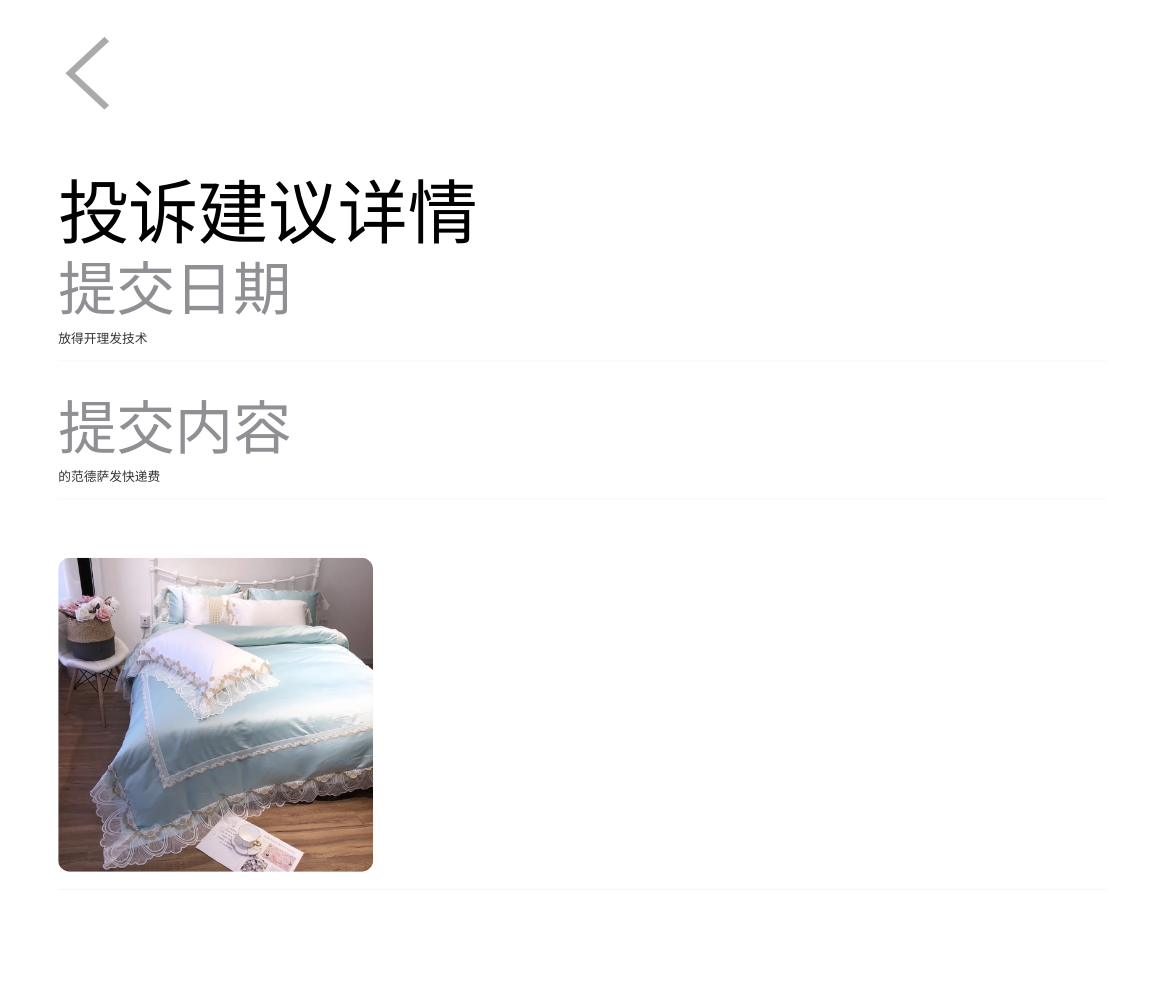
Repository: missing-star/rockBridge
Page: complaint-detail.html
An editor plug-in stored every save of this project. The page is shown before and after a run of saves, followed by the edit.
The browser window is 1280 px wide. The pictures show the whole page, at 91% of full size.
The page's requests for data from a server got no answer.

Above is the page before, as saved 2019-04-19 15:35:04.
Console error: SyntaxError: Unexpected identifier 'that'

### complaint-detail.html
<!DOCTYPE html>
<html lang="en">

<head>
    <meta charset="UTF-8">
    <meta name="viewport" content="width=device-width, initial-scale=1.0, user-scalable=no,maximum-scale=1.0">
    <meta http-equiv="X-UA-Compatible" content="ie=edge">
    <meta http-equiv="Expires" content="0">
    <meta http-equiv="Pragma" content="no-cache">
    <meta http-equiv="Cache-control" content="no-cache">
    <meta http-equiv="Cache" content="no-cache">
    <link rel="stylesheet" href="assets/mui/css/mui.min.css?v=1.1.0">
    <link rel="stylesheet" href="assets/mui/picker/css/mui.picker.min.css?v=1.1.0">
    <link rel="stylesheet" href="css/common.css?v=1.1.0">
    <link rel="stylesheet" href="css/complaint-detail.css?v=1.0.1">
    <title>叠石桥</title>
    <!--
        意见投诉
    -->
</head>

<body>
    <div id="app">
        <header class="mui-bar mui-bar-nav">
            <i onclick="goBack()" class="mui-icon mui-icon-arrowleft"></i>
        </header>
        <div class="mui-content">
            <header class="packet-title">
                <p>投诉建议详情</p>
            </header>
            <div class="complaint-detail-wrapper">
                <div class="detail-item">
                    <p class="title">提交日期</p>
                    <p class="content">放得开理发技术</p>
                </div>
                <div class="detail-item">
                    <p class="title">提交内容</p>
                    <p class="content">的范德萨发快递费</p>
                </div>
                <div class="detail-item">
                    <p class="content">
                        <img v-for="n in 3" src="imgs/bed1.png" class="show-img">
                    </p>
                </div>
            </div>

        </div>
    </div>
    <script src="assets/vue/vue.min.js?v=1.0.2"></script>
    <script src="assets/jquery/jquery.min.js?v=1.0.2"></script>
    <script src="assets/mui/js/mui.min.js?v=1.0.2"></script>
    <script src="js/common.js?v=1.0.1"></script>
    <script src="js/complaint-detail.js?v=1.0.1"></script>
</body>

</html>

### css/common.css
html,
body,
.mui-content {
    font-size: calc(100vw / 20);
    background: #ffffff;
}
*{
    word-break: break-all;
}
div.mui-content {
    padding: 1rem;
}

header.mui-bar.mui-bar-nav {
    background: #ffffff;
    -webkit-box-shadow: none;
            box-shadow: none;
}

nav.mui-bar.mui-bar-tab {
    background: #ffffff;
    -webkit-box-shadow: 0 0 6px 0 rgba(0, 0, 0, 0.15);
            box-shadow: 0 0 6px 0 rgba(0, 0, 0, 0.15);
}

nva.mui-bar-tab span.mui-tab-label {
    color: #9d7e60;
}

.mui-bar-tab .mui-tab-item.mui-active {
    color: #5f4831;
}

img.mui-icon.nav-bar-icon.active {
    display: inline;
}

img.mui-icon.nav-bar-icon {
    display: none;
}

p {
    margin: 0;
}

input[type=color],
input[type=date],
input[type=datetime-local],
input[type=datetime],
input[type=email],
input[type=month],
input[type=number],
input[type=password],
input[type=search],
input[type=tel],
input[type=text],
input[type=time],
input[type=url],
input[type=week],
select,
textarea {
    margin-bottom: 0;
    width: auto;
    height: auto;
    border: none;
    -webkit-box-flex: 1;
        -ms-flex: 1;
            flex: 1;
    font-size: 0.8rem;
}

input::-webkit-input-placeholder {
    color: #c2c2c2;
}

nav.mui-bar.mui-bar-tab a.mui-tab-item {
    -ms-touch-action: none;
        touch-action: none;
    height: 100%;
}

nav.mui-bar.mui-bar-tab {
    height: 3rem;
}

.mui-bar-tab .mui-tab-item .mui-icon {
    top: 3px;
    width: 1.2rem;
    height: 1.2rem;
    padding-top: 0;
    padding-bottom: 0;
    margin-bottom: 0.1rem;
}

.mui-bar-tab .mui-tab-item .mui-icon~.mui-tab-label {
    font-size: 0.5rem;
    line-height: 1rem;
}

.mui-bar-tab~.mui-content {
    padding-top: 2.5rem;
    padding-bottom: 3rem;
}

button.submit {
    background: #9d7e60;
    width: 100%;
    border: none;
    border-radius: 1rem;
    font-size: 1rem;
    line-height: 1rem;
    color: #fff;
    margin-top: 1rem;
    height: 2rem;
}

button.mui-btn.mui-btn-blue.mui-poppicker-btn-ok,
button.mui-btn.mui-btn-blue {
    color: #ff8b16;
    background: transparent;
    border: none;
    font-size: 1rem;
}

.mui-poppicker-header,
.mui-dtpicker-header {
    border-radius: 0.3rem 0.3rem 0 0;
}

button.mui-btn.mui-poppicker-btn-cancel,
.mui-dtpicker-header button {
    color: #aaaaaa;
    border: none;
    background: transparent;
    font-size: 1rem;
}

button.mui-btn.mui-poppicker-btn-cancel>img,
.mui-dtpicker-header button>img {
    width: 1rem;
}

.mui-picker-inner,
.mui-picker {
    background: #fcfcfc;
    -webkit-mask-box-image: none;
    border-radius: 0 0 0.3rem 0.3rem;
}

.mui-poppicker-body {
    border: none;
    border-radius: 0 0 0.3rem 0.3rem;
}

button.mui-btn {
    color: #aaaaaa;
    border-color: #aaaaaa;
}

.mui-dtpicker-header {
    background: #ffffff;
}

.mui-dtpicker-title h5 {
    display: none;
}

span.mui-popup-button.mui-popup-button-bold {
    color: #FF8B16;
}

span.mui-popup-button {
    color: #aaaaaa;
}

[v-cloak] {
    display: none !important;
}

.mui-poppicker.mui-active,
.mui-dtpicker.mui-active {
    margin: 0.5rem;
    width: calc(100% - 1rem);
    border-radius: 0.3rem;
}

.popicker-title,
.dt-popicker-title {
    -webkit-box-flex: 1;
        -ms-flex: 1;
            flex: 1;
    text-align: center;
    font-size: 1rem;
    color: #000000;
}

.mui-poppicker-header,
.mui-dtpicker-header {
    display: -webkit-box;
    display: -ms-flexbox;
    display: flex;
    -webkit-box-align: center;
        -ms-flex-align: center;
            align-items: center;
    -webkit-box-pack: justify;
        -ms-flex-pack: justify;
            justify-content: space-between;
    background: #eeeeee;
}

.mui-pciker-list li {
    color: #b19c88;
}

.mui-pciker-list li.highlight {
    color: #5f4831;
}

.mui-pciker-rule-ft {
    z-index: 2;
    border-top: solid 1px #ced7de;
    border-bottom: solid 1px #ced7de;
}


input::-webkit-outer-spin-button,
input::-webkit-inner-spin-button {

    -webkit-appearance: none !important;
}

input[type="number"] {
    -moz-appearance: textfield;
}

### css/complaint-detail.css
header.mui-bar.mui-bar-nav {
    height: 2.5rem;
    padding: 0 1rem;
    display: -webkit-box;
    display: -ms-flexbox;
    display: flex;
    -webkit-box-align: center;
        -ms-flex-align: center;
            align-items: center;
}

.mui-bar-nav~.mui-content {
    padding-top: 2.5rem;
}

header.packet-title {
    display: -webkit-box;
    display: -ms-flexbox;
    display: flex;
    -webkit-box-align: center;
        -ms-flex-align: center;
            align-items: center;
    -webkit-box-pack: justify;
        -ms-flex-pack: justify;
            justify-content: space-between;
    margin-top: 1rem;
}

header.packet-title>p:first-child {
    color: #000000;
    font-size: 1.2rem;
}

.mui-bar-nav.mui-bar .mui-icon {
    margin-left: -0.5rem;
    padding: 0;
    font-size: 2rem;
    color: #AAAAAA;
}
img.show-img {
    width: 30%;
    margin-right: 3%;
    border-radius: 0.2rem;
}
.detail-item {
    margin: 1rem 0;
    border-bottom: 1px solid #f6f6f6;
    padding-bottom: 0.2rem;
}
p.title {
    font-size: 1rem;
    margin-bottom: 0.5rem;
}
p.content {
    color: #333;
}

### js/common.js
//保存用户还是商家版的变量 currentRole:[Number 0| Number 1] 0:user 1:business
if (!parseInt(sessionStorage.getItem('currentRole'))) {
    sessionStorage.setItem('currentRole', 0);
}
//用户是否可以切换角色
if (!sessionStorage.getItem('switchRole')) {
    sessionStorage.setItem('switchRole', 0);
}


function pageLink(url) {
    mui.openWindow({
        url: url
    })
}
//返回
function goBack() {
    window.history.go(-1);
}

mui('body').on('tap', 'a', function () {
    if (this.href != 'javascript:;') {
        mui.openWindow({
            url: this.href
        });
    }
});

//解析url参数
function getParams() {
    var list = location.search.substring(1).split('&');
    var param = {};
    list.forEach(function (value, index) {
        var temp = value.split('=');
        param[temp[0]] = temp[1];
    });
    return param;
}

//域名
var rootUrl = 'http://dieshiqiao.pzhkj.cn';

//将时间戳转换为时间（年-月-日）
function transformTime(timeStat,flag) {
    var date = new Date(parseInt(timeStat * 1000));
    var year = date.getFullYear();
    var month = date.getMonth() + 1;
    if (month < 10) {
        month = '0' + month;
    }
    var day = date.getDate();
    if (day < 10) {
        day = '0' + day;
    }
    var hour = date.getHours();
    if(hour < 10) {
        hour = '0' + hour;
    }
    var minute = date.getMinutes();
    if(minute < 10) {
        minute = '0' + minute;
    }
    var second = date.getSeconds();
    if(second < 10) {
        second = '0' + second;
    }
    if(flag) {
        return year + '-' + month + '-' + day + ' ' + hour + ':' + minute + ':' +second;
    }
    return year + '-' + month + '-' + day;
}

function replaceSpace(str) {
    //替换空格
    return str.replace(/\s+/g, "");
}

function validatePhone(phone) {
    var regPhone = /^1\d{9}\d$/;
    return regPhone.test(phone);
}

function limitLength(str, min, max) {
    return str.substring(min, max);
}
//倒计时
function countTime(str) {
    //获取当前时间
    var date = new Date();
    var now = date.getTime();

    var createDate = new Date(str);

    var cre = createDate.getTime();

    //时间差

    var leftTime = cre - now;
    //定义变量 d,h,m,s保存倒计时的时间

    var d, h, m, s;

    if (leftTime >= 0) {
        d = Math.floor(leftTime / 1000 / 60 / 60 / 24);
        h = Math.floor(leftTime / 1000 / 60 / 60 % 24);
        m = Math.floor(leftTime / 1000 / 60 % 60);
        s = Math.floor(leftTime / 1000 % 60);
        return `${d}天${h}小时${m}分${s}秒`;
    } else {
        return '';
    }
}

function validateUser() {
    if (sessionStorage.getItem('user') && sessionStorage.getItem('user') != `""`) {
        return true;
    } else {
        return false;
    }
}

function validateUserPhone() {
    if (JSON.parse(sessionStorage.getItem('user')).users.phone) {
        return true;
    } else {
        return false;
    }
}

function sortByPro(pro, flag) {
    //flag:true=>升序 false:降序
    return function (a, b) {
        return function (a, b) {
            return flag ? a[prop] - b[prop] : b[prop] - a[prop];
        }
    }
}

/**
 * 获得历史搜索记录
 */

 function getSearchHistory() {
     var result = [];
     $.ajax({
         url:`${rootUrl}/index/api/getSerachLog`,
         async:false,
         type:'post',
         success:function(data) {
            result = data.result.map(function(item,i) {
                return item.keywords;
            });
         },
         error:function() {
             mui.toast('服务器异常');
         }
     });
     return result;
 }

 function goLogin(type) {
     if(type == 1) {
         //维修员
        mui.openWindow({
            url:`${rootUrl}/index/api/getWxLogin`
        });
        }
     else {
         //商户
        mui.openWindow({
            url:`${rootUrl}/index/api/getWxRepairmanLogin`
        });
     }
 }


function getUserInfo() {
    $.ajax({
        url: `${rootUrl}/index/api/getMyCenter`,
        type: 'post',
        async: false,
        datType: 'json',
        success: function (data) {
            if (data.status == 1) {
                sessionStorage.setItem('user', JSON.stringify(data.result));
                userData = data.result;
                if (data.result.shop_id > 0) {
                    sessionStorage.setItem('switchRole', 1);
                } else {
                    sessionStorage.setItem('switchRole', 0);
                }
            } else if (data.status == 202) {
                goLogin();
            }
        },
        error: function () {
            mui.toast('服务器异常！');
        }
    })
}

### js/complaint-detail.js
var vm = new Vue({
    el: '#app',
    data: {

    },
    methods: {
        var that = this;
        getComplaintDetail() {
            $.ajax({
                url:`${rootUrl}/index/api/getComplainInfo`,
                data:{
                    id:getParams().id
                },
                success:function(data) {
                    if(data.status == 1) {
                        that.detail = data.result;
                    }
                    else {
                        mui.toast(data.msg);
                    }
                }
            })
        }
    },
    created() {
        this.getComplaintDetail();
    },
});

Loaded but not shown: assets/mui/css/mui.min.css (library); assets/mui/picker/css/mui.picker.min.css (library); assets/vue/vue.min.js (library); assets/jquery/jquery.min.js (library); assets/mui/js/mui.min.js (library)

After the next 2 saves:
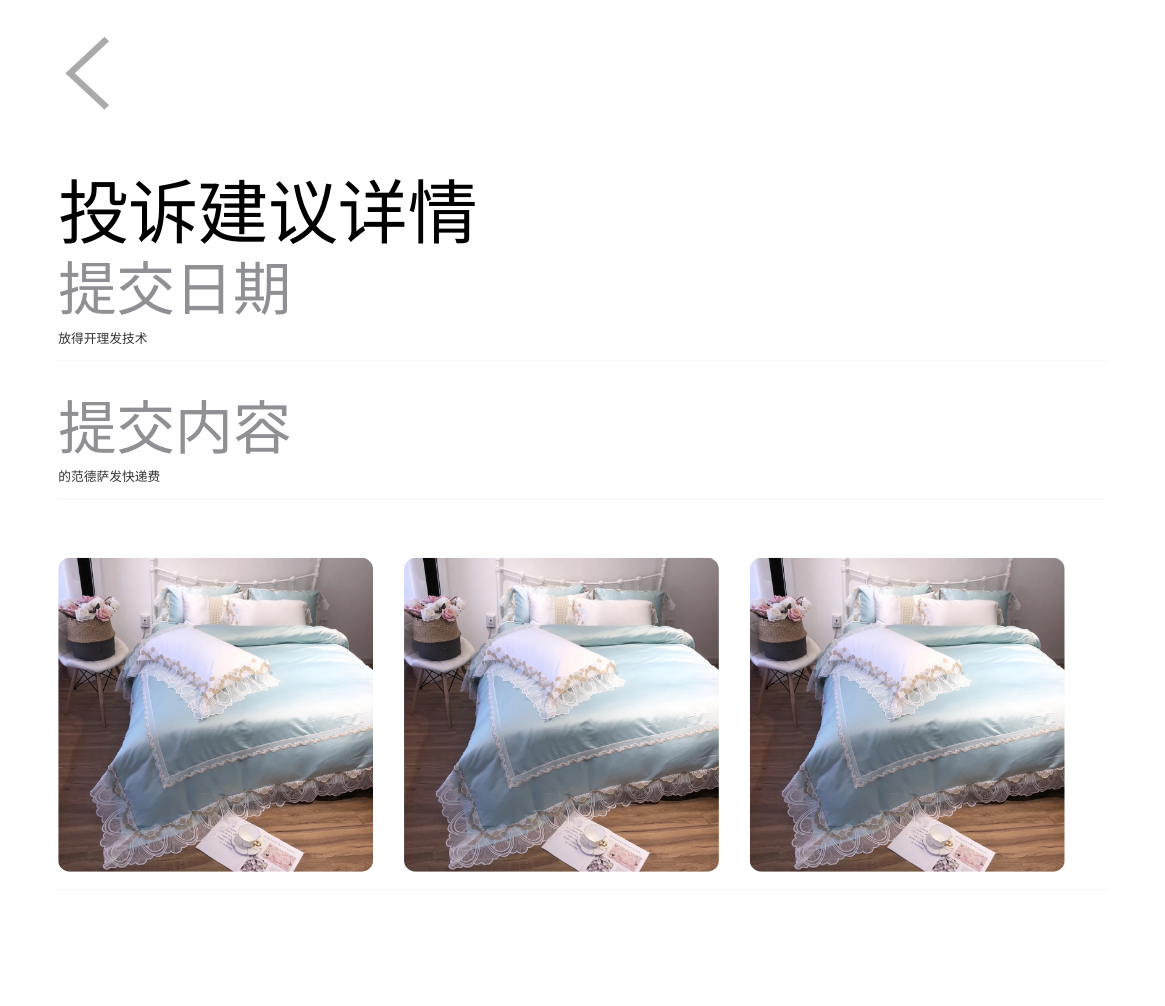
The error is gone.
The 2 saves are shown as one change because they came seconds apart.
The last was saved 67 s later.
--- a/js/complaint-detail.js
+++ b/js/complaint-detail.js
@@ -4,8 +4,8 @@ var vm = new Vue({
 
     },
     methods: {
-        var that = this;
         getComplaintDetail() {
+            var that = this;
             $.ajax({
                 url:`${rootUrl}/index/api/getComplainInfo`,
                 data:{
